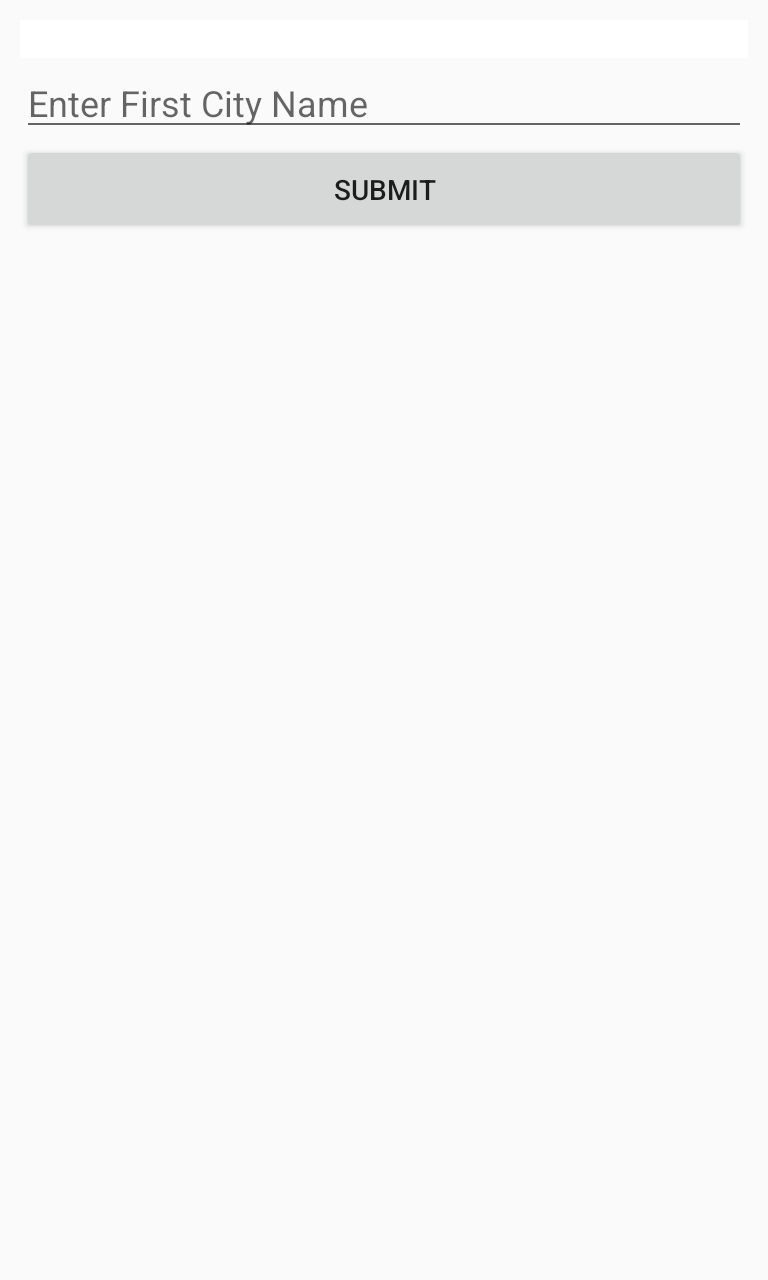
Repository: bhameamit/LeftShiftTask
Layout: LeftShiftTask/LeftShiftTak/res/layout/activity_main.xml
The author's editor kept a copy of each file at every save. The layout is drawn from the files as they stood at one save, then again after the next save.
It is drawn on a 768 x 1280 px phone screen (xhdpi) without system bars, with theme AppTheme; the app's code is not run.

Above is the layout before, as saved 2015-02-19 20:41:25.

### LeftShiftTask/LeftShiftTak/res/layout/activity_main.xml
<LinearLayout xmlns:android="http://schemas.android.com/apk/res/android"
    xmlns:tools="http://schemas.android.com/tools"
    android:layout_width="match_parent"
    android:layout_height="match_parent"
    tools:context="com.example.leftshifttak.MainActivity"
    android:padding="10dp"
    android:orientation="vertical" >

    <TextView
        android:layout_width="match_parent"
        android:layout_height="wrap_content"
        android:textColor="@android:color/black"

        android:background="@android:color/white"/>

    <EditText
        android:id="@+id/city1"
        android:layout_width="match_parent"
        android:layout_height="wrap_content"
        android:hint="Enter First City Name" />

    <Button
        android:id="@+id/send_city"
        android:layout_width="match_parent"
        android:layout_height="wrap_content"
        android:text="Submit"/>

</LinearLayout>

### LeftShiftTask/LeftShiftTak/res/values/strings.xml
<?xml version="1.0" encoding="utf-8"?>
<resources>

    <string name="app_name">LeftShiftTak</string>
    <string name="hello_world">Hello world!</string>
    <string name="action_settings">Settings</string>
    <string name="title_activity_list_cities">ListCitiesActivity</string>

    <string name="info">Enter City Names separated by a comma and Submit</string>

</resources>

Loaded but not shown: LeftShiftTask/LeftShiftTak/res/values/styles.xml (common file); LeftShiftTask/LeftShiftTak/res/values-v11/styles.xml (common file); LeftShiftTask/LeftShiftTak/res/values-v14/styles.xml (common file)

After the next save:
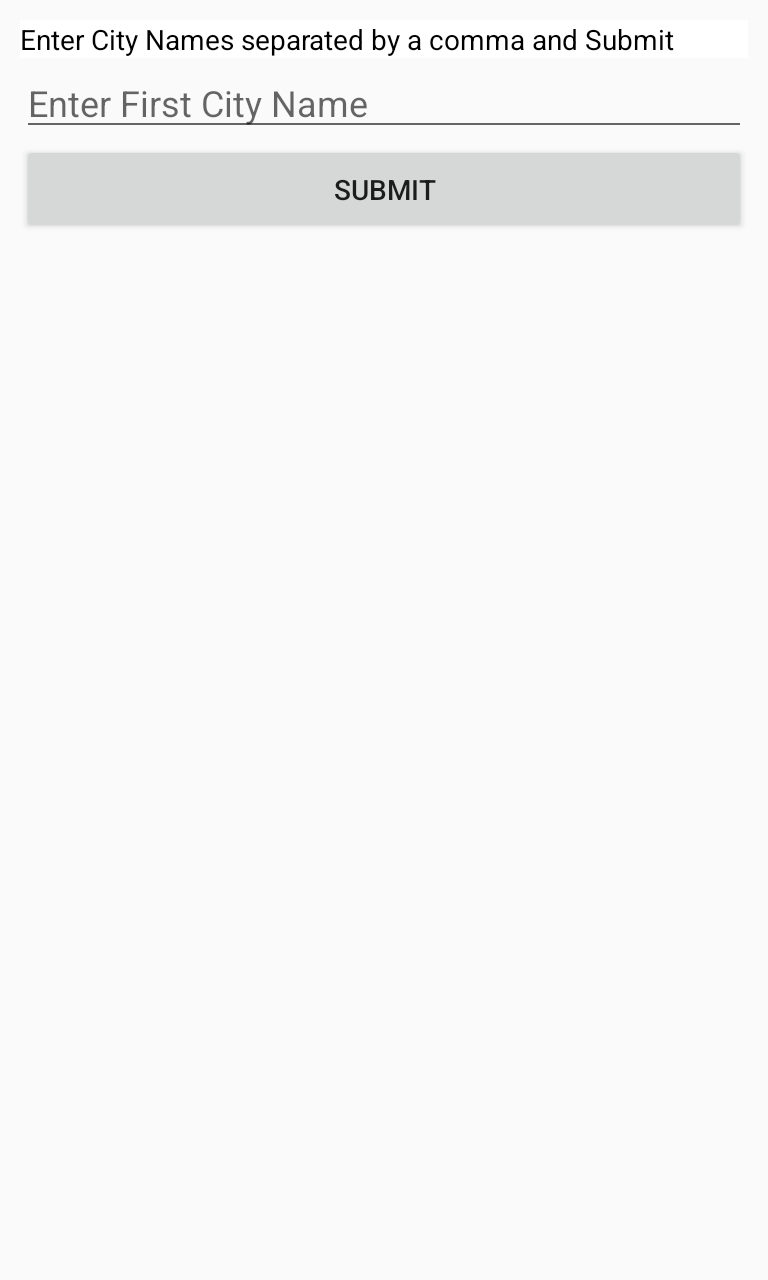
Saved 7 s later.
--- a/LeftShiftTask/LeftShiftTak/res/layout/activity_main.xml
+++ b/LeftShiftTask/LeftShiftTak/res/layout/activity_main.xml
@@ -10,8 +10,8 @@
         android:layout_width="match_parent"
         android:layout_height="wrap_content"
         android:textColor="@android:color/black"
-
-        android:background="@android:color/white"/>
+        android:background="@android:color/white"
+        android:text="@string/info"/>
 
     <EditText
         android:id="@+id/city1"
